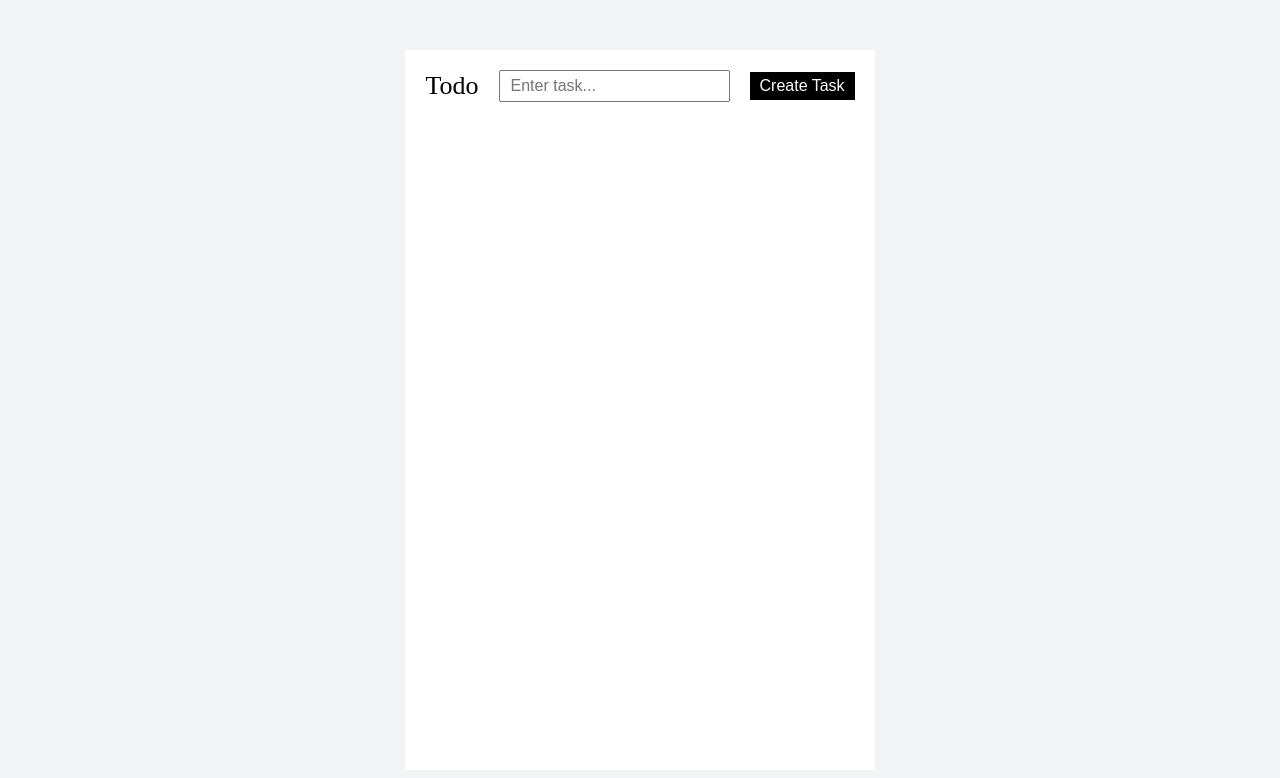
Repository: pawvan/todo_app
Page: markup/tod.html
The author's editor kept a copy of each file at every save. The page is drawn from the files as they stood at one save, then again after a run of saves.
The browser window is 1280 px wide. The pictures show the whole page.

Above is the page before, as saved 2025-01-11 22:49:10.

After the next 3 saves:
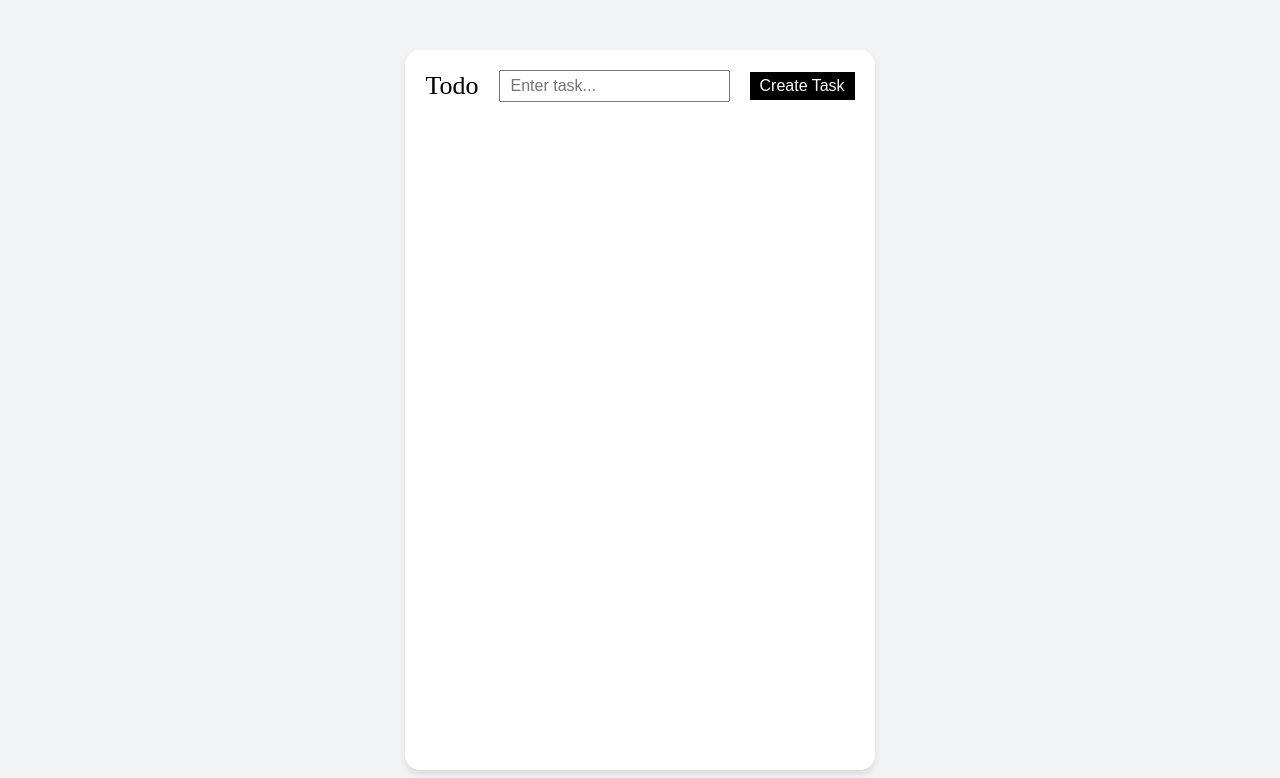
The 3 saves are shown as one change because they came seconds apart.
The last was saved 50 s later.
--- a/styles/todo.css
+++ b/styles/todo.css
@@ -16,7 +16,9 @@ body {
 }
 
 .todo-container{
-    background-color:white
+    background-color:white;
+    border-radius: 15px;
+    box-shadow: 0 4px 6px rgba(0, 0, 0, 0.1);
 }
 
 .todo-header
